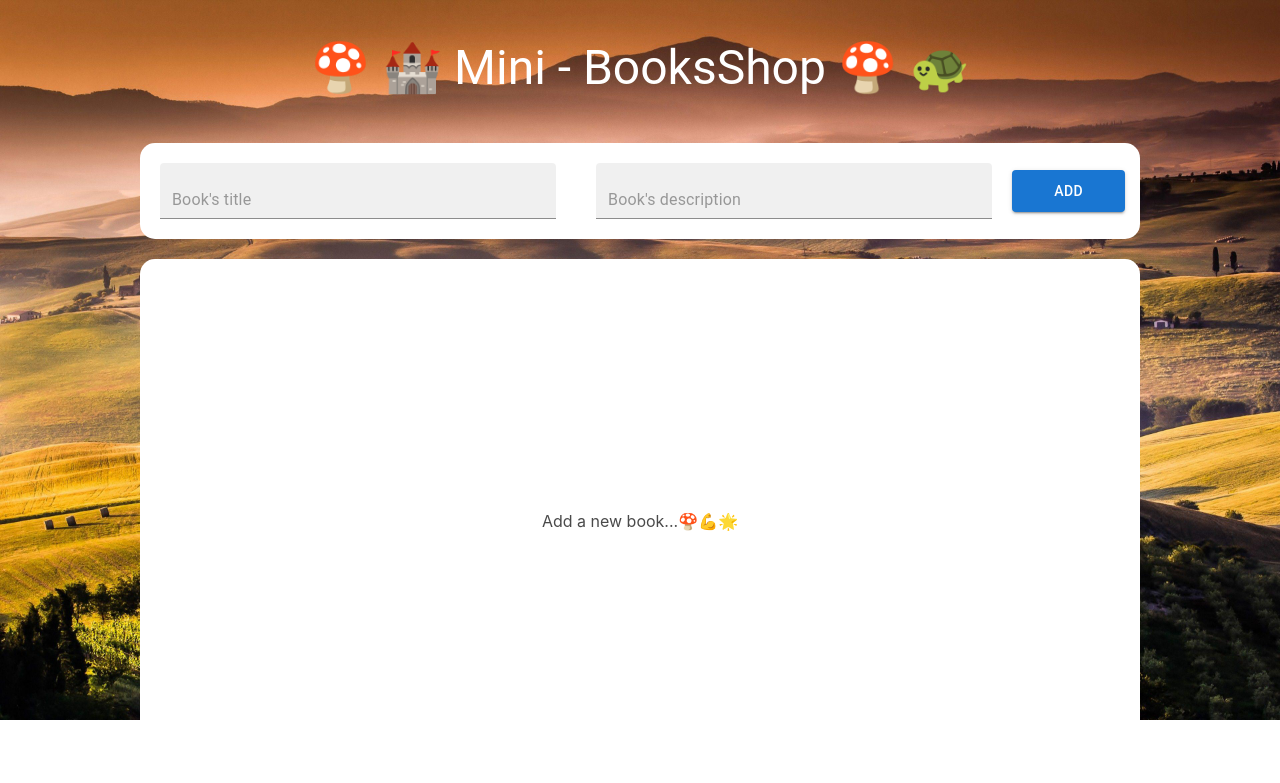
Repository: Tracy-maker/mini-bookshop
Page: /
An editor plug-in stored every save of this project. The page is shown before and after the next save, followed by the edit.
The browser window is 1280 px wide. The pictures show the whole page.
The project was rebuilt for these pictures with package versions that can differ from the ones it lists, and the page was loaded fresh each time. Also part of the build but not shown: src/components/BookEdit.js, src/components/BookItem.js.

Above is the page before, as saved 2023-09-21 16:28:16.

After the next save:
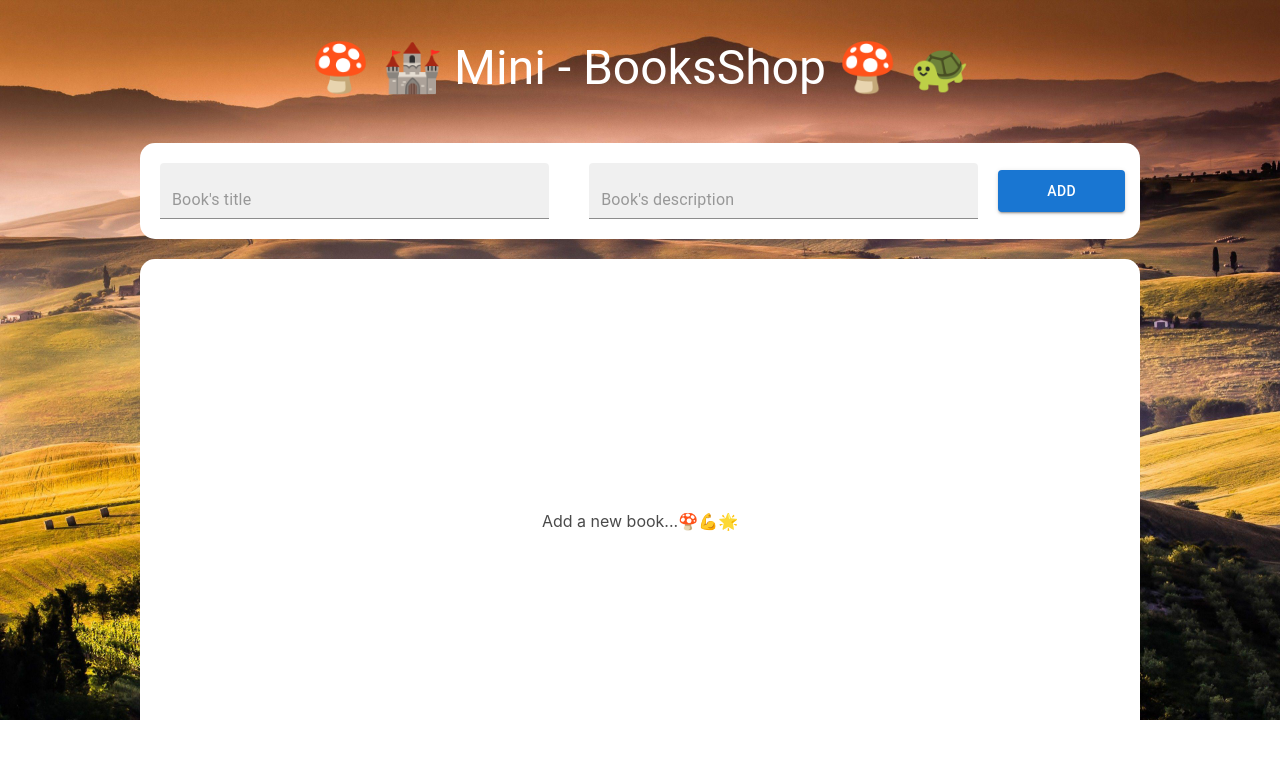
Saved 27 s later.
--- a/src/components/CreateBook.js
+++ b/src/components/CreateBook.js
@@ -12,7 +12,7 @@ const Input = styled(TextField)`
 
 const AddButton = styled(Button)`
   margin: auto;
-  width: 20%;
+  width: 23%;
   padding: 9px;
   text-align: center;
   margin-right: 15px;
